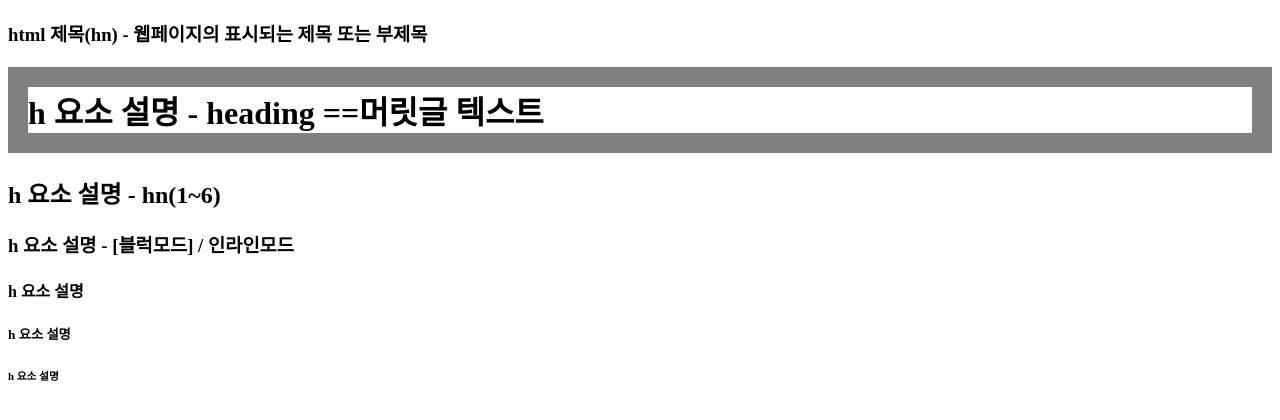
Repository: donggri1/WORKSPACE
Page: WebClass/webPro/src/main/webapp/html/days02/ex02.html
These files come from the project's save history. The page is drawn as it stood at one moment and after the next save; the edit follows.
The browser window is 1280 px wide. The pictures show the whole page.

Above is the page before, as saved 2024-03-25 01:19:46.

### WebClass/webPro/src/main/webapp/html/days02/ex02.html
<!DOCTYPE html>
<html>
<head>
<meta charset="UTF-8">
<title>Insert title here</title>
<style>
	/* CSS 주석처리 */
	/* CSS 스타일 적용 태그 */
	/*
	스타일 적용 대상{	==	select == 선택자
		스타일 속성:속성값;
		스타일 속성:속성값;
		스타일 속성:속성값;
		스타일 속성:속성값;
	}
	*/
	h1 {
		border: solid 20px gray; /* 테두리속성 : 실선 굵기 색깔 */
	}
</style>
</head>
<body>
	<h3>html 제목(hn) - 웹페이지의 표시되는 제목 또는 부제목 </h3>

<!-- http://koxo.com/ -->
<!--h$*6>{ h 요소 설명}   -->
<h1> h 요소 설명 - heading ==머릿글 텍스트</h1>
<h2> h 요소 설명 - hn(1~6)</h2>
<h3> h 요소 설명 - [블럭모드] / 인라인모드</h3>
<h4> h 요소 설명</h4>
<h5> h 요소 설명</h5>
<h6> h 요소 설명</h6>
</body>
</html>

After the next save:
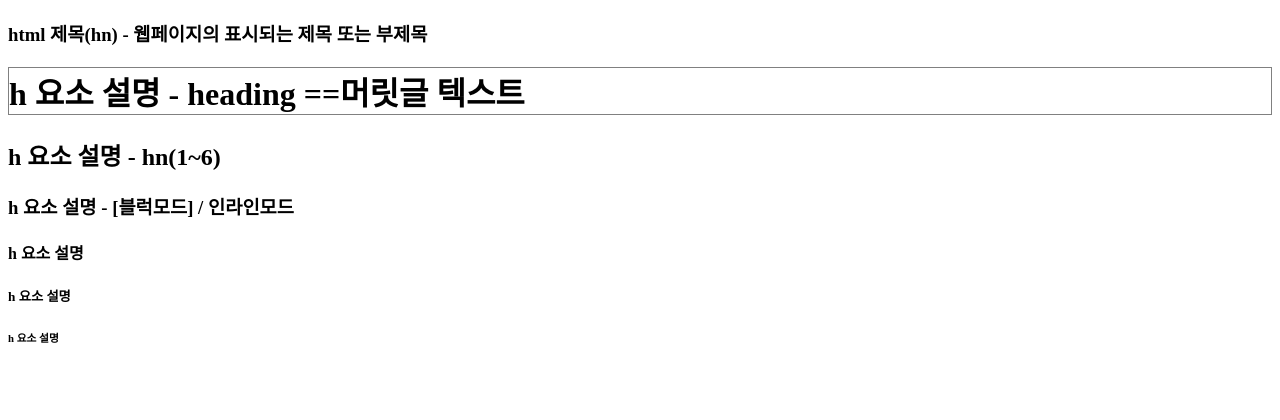
Saved 18 s later.
--- a/WebClass/webPro/src/main/webapp/html/days02/ex02.html
+++ b/WebClass/webPro/src/main/webapp/html/days02/ex02.html
@@ -15,7 +15,7 @@
 	}
 	*/
 	h1 {
-		border: solid 20px gray; /* 테두리속성 : 실선 굵기 색깔 */
+		border: solid 1px gray; /* 테두리속성 : 실선 굵기 색깔 */
 	}
 </style>
 </head>
